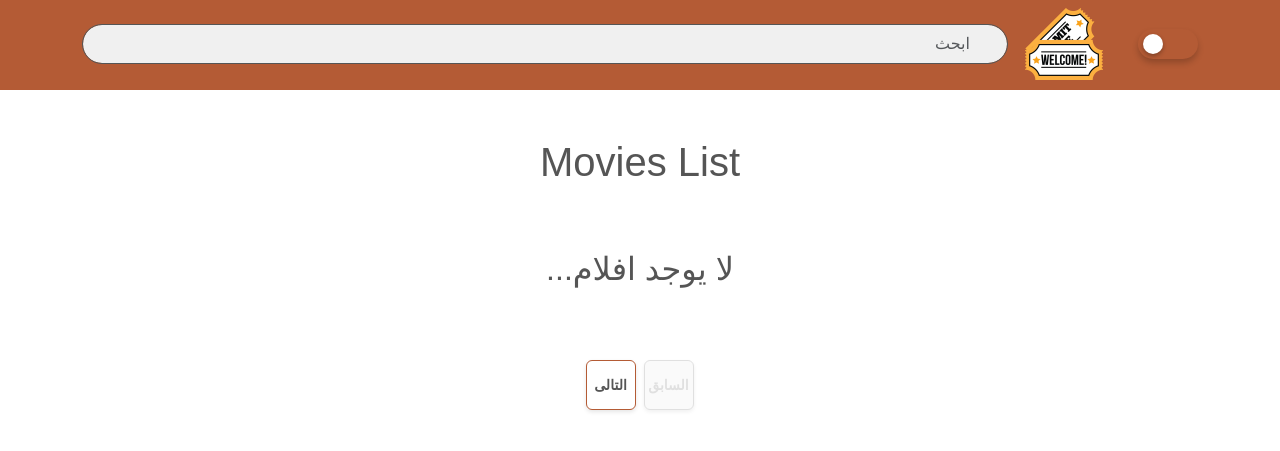
Repository: kerlos-alfy/Movie-List
Page: /
These files come from the project's save history. The page is drawn as it stood at one moment and after the next save; the edit follows.
The browser window is 1280 px wide. The pictures show the whole page.
The page's requests for data from a server got no answer. The project was rebuilt for these pictures with package versions that can differ from the ones it lists, and the page was loaded fresh each time. No one was signed in, and anything a server would have sent is missing. Also part of the build but not shown: vite.config.js, src/App.css, src/components/CardMovie.jsx.

Above is the page before, as saved 2025-01-16 05:20:59.

### index.html
<!DOCTYPE html>
<html lang="ar" dir="rtl">
	<head>
		<meta charset="UTF-8" />
		<link rel="icon" type="image/svg+xml" href="https://www.svgrepo.com/show/289436/movies-clapperboard.svg" />
		<link
			rel="stylesheet"
			href="https://cdn.jsdelivr.net/npm/bootstrap@5.3.3/dist/css/bootstrap.min.css"
			integrity="sha384-QWTKZyjpPEjISv5WaRU9OFeRpok6YctnYmDr5pNlyT2bRjXh0JMhjY6hW+ALEwIH"
			crossorigin="anonymous" />
		<meta name="viewport" content="width=device-width, initial-scale=1.0" />
		<title>Movies List</title>
	</head>
	<body>
		<div id="root"></div>
		<script type="module" src="/src/main.jsx"></script>
	</body>
</html>

### src/index.css
/* المتغيرات العامة */
:root {
	--background-color: white;
	--text-color: #555555;
	--primary-color: #b45b35;
	--card-background: #f8f8f8;
	--overlay-background: #393839;
}

/* الوضع الداكن */
.dark-mode {
	--background-color: #121212;
	--text-color: #f0f0f0;
	--primary-color: #ff6f61;
	--card-background: #1e1e1e;
	--overlay-background: #333333;
}

/* أنماط عامة */
body {
	margin: 0;
	background-color: var(--background-color);
	color: var(--text-color);
}

.color-body {
	background-color: var(--background-color);
	height: 100vh;
}

.nav-style {
	height: 90px;
	width: 1440px;
	background-color: var(--primary-color);
}

.logo {
	height: 72px;
	width: 78px;
}

.search {
	position: relative;
}

.search input {
	height: 40px;
	text-indent: 25px;
	border-radius: 20px;
	border: 1px solid var(--text-color);
	background-color: #f0f0f0;
	color: var(--text-color);
}

.search input:focus {
	box-shadow: none;
	border: 2px solid var(--primary-color);
}

.search .fa-search {
	position: absolute;
	top: 12px;
	left: 16px;
	color: var(--text-color);
}

.card {
	position: relative;
	transition: all 0.5s ease-in;
	cursor: pointer;
	height: 375px;
}

.card__image {
	display: block;
	width: 100%;
	height: 100%;
	border-radius: 5px;
}

.card__overlay {
	position: absolute;
	top: 0;
	bottom: 0;
	left: 0;
	right: 0;
	height: 100%;
	width: 100%;
	opacity: 0;
	visibility: none;
	transition: 0.5s ease;
	background-color: var(--overlay-background);
}

.card:hover .card__overlay {
	opacity: 0.8;
}

.overlay__text {
	color: var(--text-color);
	font-size: 16px;
	font-weight: bold;
	position: absolute;
	top: 50%;
	left: 50%;
	-webkit-transform: translate(-50%, -50%);
	-ms-transform: translate(-50%, -50%);
	transform: translate(-50%, -50%);
}

.font {
	font-family: "Almarai", sans-serif;
	font-family: "Cairo", sans-serif;
}

.color {
	color: var(--primary-color);
	background-color: var(--primary-color);
}

.card-detalis {
	height: 370px;
	border-radius: 20px;
	background-color: var(--card-background);
}

.card-story {
	height: 300px;
	border-radius: 20px;
	background-color: var(--card-background);
}

.img-movie {
	height: 360px;
	padding: 10px;
	border-radius: 20px;
}

.card-text-details {
	color: var(--text-color);
	font-family: Almarai;
	font-size: 28px;
	font-weight: bold;
	letter-spacing: 0;
	line-height: 49px;
}

.card-text-story {
	color: var(--text-color);
	font-family: Almarai;
	font-size: 18px;
	letter-spacing: 0;
	line-height: 32px;
}

.card-text-title {
	color: var(--text-color);
	font-family: Almarai;
	font-size: 36px;
	font-weight: bold;
	letter-spacing: 0;
	line-height: 49px;
}

.toggle-btn {
	position: relative;
	width: 60px;
	height: 30px;
	background-color: var(--primary-color);
	border-radius: 15px;
	cursor: pointer;
	transition: background-color 0.3s ease-in-out;
	display: flex;
	align-items: center;
	padding: 5px;
	box-shadow: 0 4px 6px rgba(0, 0, 0, 0.2);
}

.toggle-btn::before {
	content: "";
	position: absolute;
	top: 50%;
	left: 5px;
	width: 20px;
	height: 20px;
	background-color: #fff;
	border-radius: 50%;
	transform: translateY(-50%);
	transition: all 0.3s ease-in-out;
	box-shadow: 0 2px 4px rgba(0, 0, 0, 0.3);
}

.toggle-btn.dark {
	background-color: #555;
}

.toggle-btn.dark::before {
	left: 35px;
}

.pagination {
	display: flex;
	justify-content: center;
	align-items: center;
	gap: 8px; /* مسافة بين الأزرار */
	padding: 10px;
	border-radius: 10px;
}

.pagination .page-item {
	list-style: none;
}

.pagination .page-link {
	background-color: var(--background-color, white); /* خلفية الزر */
	color: var(--text-color, #555555); /* لون النص */
	border: 1px solid var(--primary-color, #b45b35); /* الإطار */
	border-radius: 6px; /* حواف مستديرة */
	width: 50px;
	height: 50px;
	display: flex;
	justify-content: center;
	align-items: center;
	font-weight: bold;
	font-size: 14px;
	transition: all 0.3s ease-in-out;
	box-shadow: 0 2px 4px rgba(0, 0, 0, 0.1); /* ظل خفيف للأزرار */
}

.pagination .page-link:hover {
	background-color: var(--primary-color, #b45b35);
	color: var(--background-color, white);
	transform: scale(1.1); /* تكبير بسيط عند التمرير */
	box-shadow: 0 4px 8px rgba(0, 0, 0, 0.2); /* ظل أقوى عند التمرير */
}

.pagination .page-item.active .page-link {
	background-color: var(--primary-color, #b45b35); /* لون الأزرار النشطة */
	color: var(--background-color, white);
	border-color: var(--primary-color, #b45b35);
	font-weight: bold;
	box-shadow: 0 3px 6px rgba(0, 0, 0, 0.15);
}

.pagination .page-item.disabled .page-link {
	background-color: var(--card-background, #f8f8f8);
	color: #cccccc;
	border: 1px solid #cccccc;
	pointer-events: none;
	opacity: 0.6; /* تأثير تعتيم للأزرار المعطلة */
}

.pagination .page-link:focus {
	outline: none;
	box-shadow: 0 0 0 3px var(--overlay-background, #393839); /* تأثير التركيز */
}

### src/App.jsx
import "./App.css";
import { Container } from "react-bootstrap";
import NavBar from "./components/NavBar";
import MoviesList from "./components/MoviesList";
import axios from "axios";
import { useState, useEffect } from "react";
function App() {
	const [movies, setMovies] = useState([]);
	const [pageCount, setPageCount] = useState(0);

	//get all movies
	const getAllMovies = async () => {
		const res = await axios.get("https://api.themoviedb.org/3/movie/popular?api_key=3ac2c05f95f92e69875f1b70453ca0cd&language=ar");
		setMovies(res.data.results);
		setPageCount(res.data.total_pages);
	};

	//search for movie
	const search = async (word) => {
		if (word === "") {
			getAllMovies();
		} else {
			const res = await axios.get(`https://api.themoviedb.org/3/search/movie?api_key=3ac2c05f95f92e69875f1b70453ca0cd&query=${word}&language=ar`);
			setMovies(res.data.results);
			setPageCount(res.data.total_pages);
		}
	};

	//get current page
	const getPage = async (page) => {
		const res = await axios.get(`https://api.themoviedb.org/3/movie/popular?api_key=3ac2c05f95f92e69875f1b70453ca0cd&language=ar&page=${page}`);
		setMovies(res.data.results);
		setPageCount(res.data.total_pages);
	};

	useEffect(() => {
		getAllMovies();
	}, []);
	return (
		<div className="font color-body">
			<NavBar search={search} />
			<Container>
				<h1 className="text-center mt-5">Movies List</h1>
				<MoviesList movies={movies} pageCount={pageCount} getPage={getPage} />
			</Container>
		</div>
	);
}

export default App;

### src/components/NavBar.jsx
/* eslint-disable react/prop-types */
import { Container, Row, Col } from "react-bootstrap";
import DarkModeToggle from "./DarkModeToggle";

function NavBar({ search }) {
	const onSearch = (word) => {
		search(word);
	};
	return (
		<div className="nav-style w-100">
			<Container>
				<Row className="pt-2">
					{/* زر الوضع الداكن */}
					<Col xs="2" lg="1" className="d-flex align-items-center">
						<DarkModeToggle />
					</Col>

					{/* الشعار */}
					<Col xs="2" lg="1" className="d-flex align-items-center">
						<a href="/">
							<img className="logo" src="logo.png" alt="Logo" />
						</a>
					</Col>

					{/* مربع البحث */}
					<Col xs="8" lg="10" className="d-flex align-items-center">
						<div className="search w-100">
							<i className="fa fa-search"></i>
							<input
								onChange={(e) => {
									onSearch(e.target.value);
								}}
								type="text"
								className="form-control"
								placeholder="ابحث"
							/>
						</div>
					</Col>
				</Row>
			</Container>
		</div>
	);
}

export default NavBar;

### src/components/MoviesList.jsx
/* eslint-disable react/prop-types */
import { Row } from "react-bootstrap";
import CardMovie from "./CardMovie";
import PaginationComponent from "./Pagination";
function MoviesList({ movies, pageCount, getPage }) {
	return (
		<Row className="mt-3">
			{movies.length >= 1 ? (
				movies.map((mov) => {
					return <CardMovie key={mov.id} mov={mov} />;
				})
			) : (
				<h2 className="text-center p-5">لا يوجد افلام...</h2>
			)}
			<PaginationComponent pageCount={pageCount} getPage={getPage} />
		</Row>
	);
}

export default MoviesList;

### src/components/DarkModeToggle.jsx
import { useState, useEffect } from "react";
function DarkModeToggle() {
	const [isDarkMode, setIsDarkMode] = useState(() => {
		return localStorage.getItem("dark-mode") === "true" || false;
	});

	useEffect(() => {
		if (isDarkMode) {
			document.body.classList.add("dark-mode");
		} else {
			document.body.classList.remove("dark-mode");
		}
		localStorage.setItem("dark-mode", isDarkMode);
	}, [isDarkMode]);

	return <div className={`toggle-btn ${isDarkMode ? "dark" : ""}`} onClick={() => setIsDarkMode(!isDarkMode)}></div>;
}

export default DarkModeToggle;

### src/components/Pagination.jsx
/* eslint-disable react/prop-types */
import ReactPaginate from "react-paginate";

function PaginationComponent({ pageCount, getPage }) {
	const handlePageClick = (data) => {
		getPage(data.selected + 1);
	};
	return (
		<ReactPaginate
			breakLabel="..."
			nextLabel="التالى"
			onPageChange={handlePageClick}
			marginPagesDisplayed={2}
			pageRangeDisplayed={2}
			pageCount={pageCount}
			previousLabel="السابق"
			containerClassName={"pagination justify-content-center p-3"}
			pageClassName={"page-item"}
			pageLinkClassName={"page-link"}
			previousClassName={"page-item"}
			nextClassName={"page-item"}
			previousLinkClassName={"page-link"}
			nextLinkClassName={"page-link"}
			breakClassName={"page-item"}
			breakLinkClassName={"page-link"}
			activeClassName={"active"}
		/>
	);
}

export default PaginationComponent;

Loaded but not shown: src/main.jsx (common file)

After the next save:
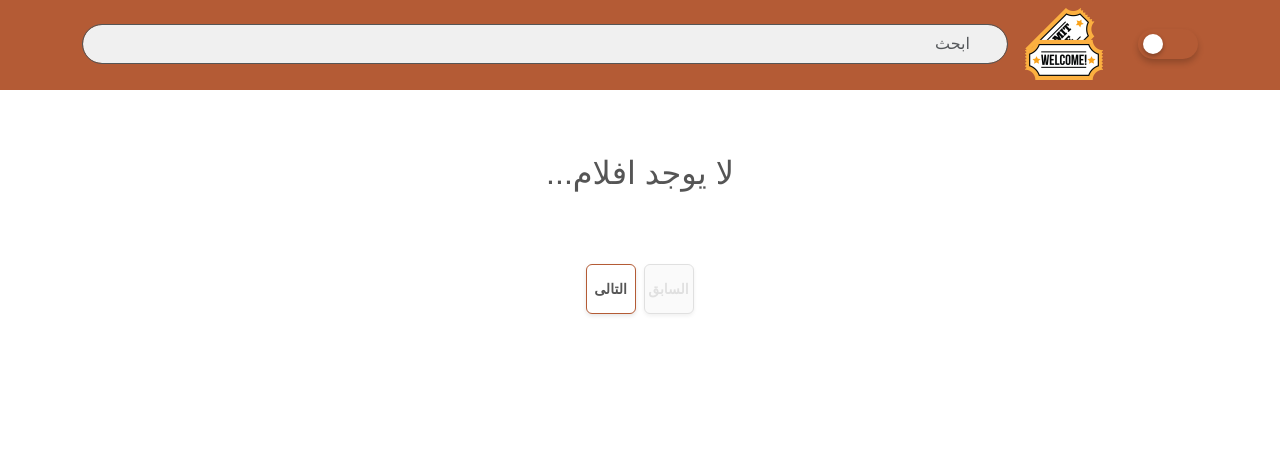
Saved 20 s later.
--- a/src/App.jsx
+++ b/src/App.jsx
@@ -33,14 +33,15 @@ function App() {
 		setPageCount(res.data.total_pages);
 	};
 
+	//fetch data on app load 10 times a second
 	useEffect(() => {
 		getAllMovies();
 	}, []);
+
 	return (
 		<div className="font color-body">
 			<NavBar search={search} />
 			<Container>
-				<h1 className="text-center mt-5">Movies List</h1>
 				<MoviesList movies={movies} pageCount={pageCount} getPage={getPage} />
 			</Container>
 		</div>
